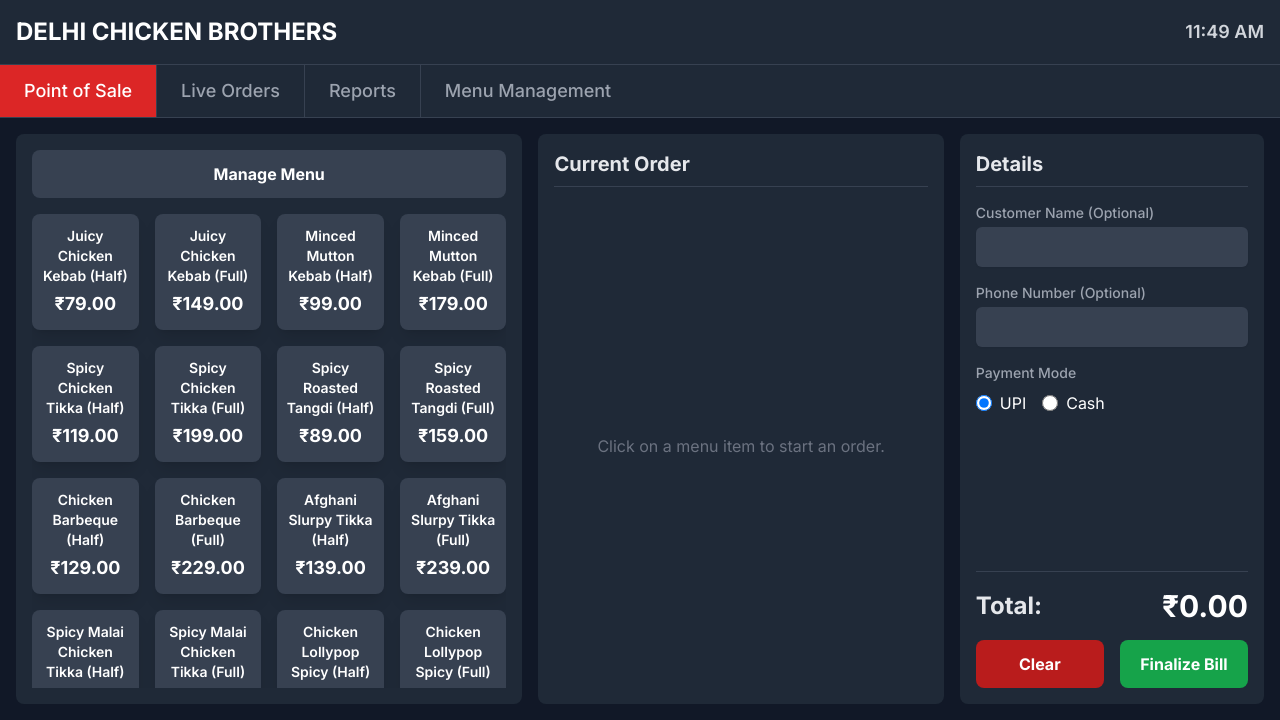
Repository: roydigital/dcb-pos-app
Page: index.html
An editor plug-in stored every save of this project. The page is shown before and after the next save, followed by the edit.
The browser window is 1280 px wide. The pictures show the whole page.
The page's requests for data from a server got no answer. An inner scrolling area shows only its first screen. Some web libraries are served in a nearby version.

Above is the page before, as saved 2025-09-11 14:49:52.

After the next save:
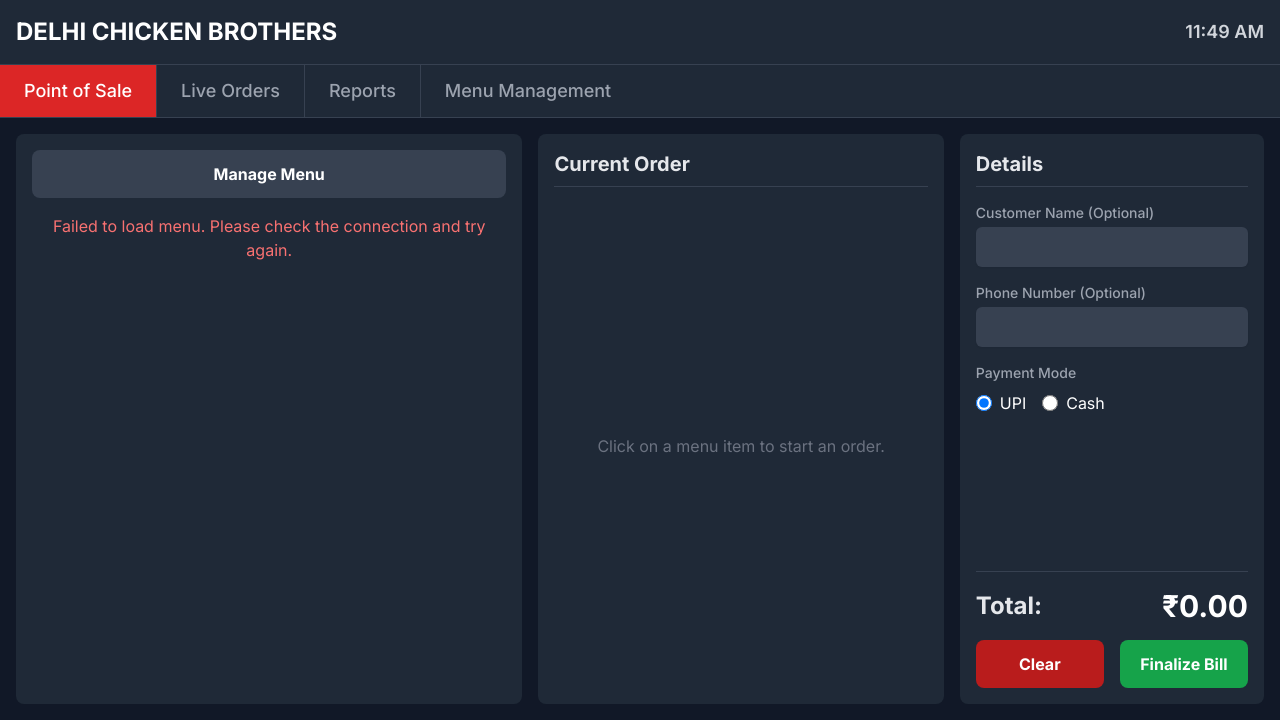
Saved 20 s later.
--- a/index.html
+++ b/index.html
@@ -99,32 +99,19 @@
     <script>
         let currentOrder = [];
 
-        const menuData = [
-            { category: 'Tandoori Menu', name: 'Juicy Chicken Kebab', prices: [{ size: 'Half', price: 79 }, { size: 'Full', price: 149 }] },
-            { category: 'Tandoori Menu', name: 'Minced Mutton Kebab', prices: [{ size: 'Half', price: 99 }, { size: 'Full', price: 179 }] },
-            { category: 'Tandoori Menu', name: 'Spicy Chicken Tikka', prices: [{ size: 'Half', price: 119 }, { size: 'Full', price: 199 }] },
-            { category: 'Tandoori Menu', name: 'Spicy Roasted Tangdi', prices: [{ size: 'Half', price: 89 }, { size: 'Full', price: 159 }] },
-            { category: 'Tandoori Menu', name: 'Chicken Barbeque', prices: [{ size: 'Half', price: 129 }, { size: 'Full', price: 229 }] },
-            { category: 'Tandoori Menu', name: 'Afghani Slurpy Tikka', prices: [{ size: 'Half', price: 139 }, { size: 'Full', price: 239 }] },
-            { category: 'Tandoori Menu', name: 'Spicy Malai Chicken Tikka', prices: [{ size: 'Half', price: 139 }, { size: 'Full', price: 229 }] },
-            { category: 'Fried Menu', name: 'Chicken Lollypop Spicy', prices: [{ size: 'Half', price: 169 }, { size: 'Full', price: 319 }] },
-            { category: 'Fried Menu', name: 'Deep Fried Chicken', prices: [{ size: 'Half', price: 119 }, { size: 'Full', price: 199 }] },
-            { category: 'Fried Menu', name: 'Fried Crispy Tangdi', prices: [{ size: 'Half', price: 69 }, { size: 'Full', price: 129 }] },
-            { category: 'Fried Menu', name: 'Crispy Spicy Fried Chicken', prices: [{ size: 'Half', price: 79 }, { size: 'Full', price: 139 }] },
-            { category: 'Fried Menu', name: 'Spicy Crispy Fingers', prices: [{ size: 'Half', price: 119 }, { size: 'Full', price: 199 }] },
-            { category: 'Roll Menu', name: 'Spicy Chicken Tikka Roll', prices: [{ size: 'Half', price: 129 }, { size: 'Full', price: 219 }] },
-            { category: 'Roll Menu', name: 'Juicy Chicken Kebab Roll', prices: [{ size: 'Half', price: 89 }, { size: 'Full', price: 169 }] },
-            { category: 'Roll Menu', name: 'Afghani Slurpy Tikka Roll', prices: [{ size: 'Half', price: 149 }, { size: 'Full', price: 259 }] },
-            { category: 'Roll Menu', name: 'Minced Mutton Kebab Roll', prices: [{ size: 'Half', price: 109 }, { size: 'Full', price: 199 }] },
-            { category: 'Breads', name: 'Roomali', prices: [{ size: 'Standard', price: 12 }] }
-        ];
-
-        function populateMenu() {
+        async function populateMenu() {
             const menuGrid = document.getElementById('menu-grid');
             menuGrid.innerHTML = ''; // Clear existing items
 
-            menuData.forEach(item => {
-                item.prices.forEach(priceInfo => {
+            try {
+                const response = await fetch('http://localhost:3002/api/menu');
+                if (!response.ok) {
+                    throw new Error(`HTTP error! status: ${response.status}`);
+                }
+                const menuData = await response.json();
+
+                menuData.forEach(item => {
+                    item.prices.forEach(priceInfo => {
                     const button = document.createElement('button');
                     button.className = 'bg-gray-700 hover:bg-red-600 text-white font-semibold py-3 px-2 rounded-lg text-sm flex flex-col justify-center items-center shadow-lg transition-colors duration-200';
 
@@ -147,8 +134,12 @@
                     button.addEventListener('click', () => addToOrder(itemName, priceInfo.price));
 
                     menuGrid.appendChild(button);
+                    });
                 });
-            });
+            } catch (error) {
+                console.error("Failed to fetch menu:", error);
+                menuGrid.innerHTML = `<p class="text-red-400 col-span-full text-center">Failed to load menu. Please check the connection and try again.</p>`;
+            }
         }
 
         function addToOrder(itemName, itemPrice) {
